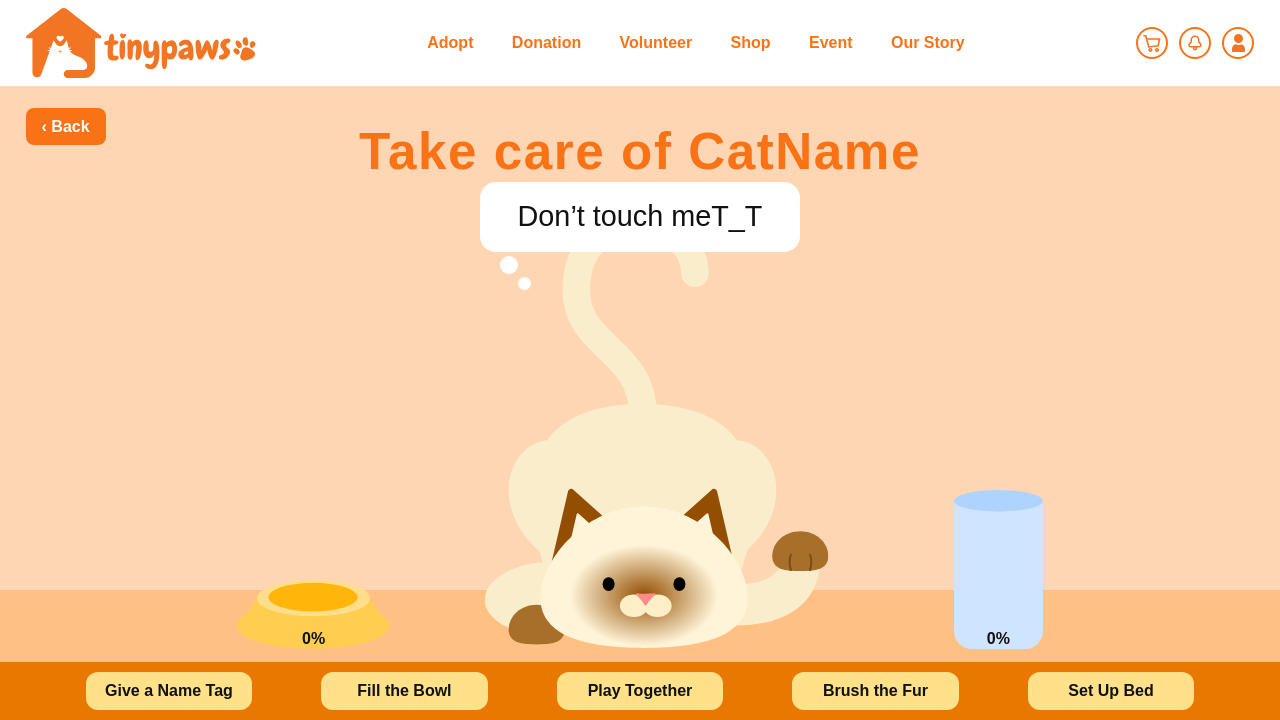
Repository: LShuyanLi/TinyPaws
Page: /, after clicking the first element matching `div > div`
These files come from the project's save history. The page is drawn as it stood at one moment and after the next save; the edit follows.
The browser window is 1280 px wide. The pictures show the whole page.
The project was rebuilt for these pictures with package versions that can differ from the ones it lists, and the page was loaded fresh each time. The framework's server and built-in components were replaced by stand-ins that run in the browser. Also part of the build but not shown: next.config.mjs.

Above is the page before, as saved 2026-05-09 23:49:28.

### app/layout.js
import { Geist, Geist_Mono } from "next/font/google";
import "./globals.css";

const geistSans = Geist({
  variable: "--font-geist-sans",
  subsets: ["latin"],
});

const geistMono = Geist_Mono({
  variable: "--font-geist-mono",
  subsets: ["latin"],
});

export const metadata = {
  title: "Create Next App",
  description: "Generated by create next app",
};

export default function RootLayout({ children }) {
  return (
    <html lang="en" className={`${geistSans.variable} ${geistMono.variable}`}>
      <body>{children}</body>
    </html>
  );
}

### app/page.js
"use client";

import { useState } from "react";

import Header from "@/components/shared/Header";
import ChooseScreen from "@/components/shuyan/ChooseScreen";
import PlayScreen from "@/components/shuyan/PlayScreen";



export default function Home() {
  const [screen, setScreen] = useState("choose");
  const [selectedCat, setSelectedCat] = useState(null);

  function goToChoose() {
    setScreen("choose");
  }

  function goToPlay(catImage) {
    setSelectedCat(catImage);
    setScreen("play");
  }

  return (
    <main
      style={{
        width: "100vw",
        height: "100vh",
        margin: 0,
        overflow: "hidden",
        fontFamily: "Arial, Helvetica, sans-serif",
        backgroundColor: "#ffd6b3",
      }}
    >
      <Header />

      {screen === "choose" && (
        <ChooseScreen goToPlay={goToPlay} />
      )}

      {screen === "play" && (
        <PlayScreen
        goToChoose={goToChoose}
        selectedCat={selectedCat} />
      )}
    </main>
  );
}

### app/globals.css
:root {
  --background: #ffffff;
  --foreground: #171717;
}

@media (prefers-color-scheme: dark) {
  :root {
    --background: #0a0a0a;
    --foreground: #ededed;
  }
}

html {
  height: 100%;
}

html,
body {
  max-width: 100vw;
  overflow-x: hidden;
}

body {
  min-height: 100%;
  display: flex;
  flex-direction: column;
  color: var(--foreground);
  background: var(--background);
  font-family: Arial, Helvetica, sans-serif;
  -webkit-font-smoothing: antialiased;
  -moz-osx-font-smoothing: grayscale;
}

* {
  box-sizing: border-box;
  padding: 0;
  margin: 0;
}

a {
  color: inherit;
  text-decoration: none;
}

@media (prefers-color-scheme: dark) {
  html {
    color-scheme: dark;
  }
}

### components/shared/Header.jsx
// Displays the decorative top navigation area with the logo, nav menu, and icons.

export default function Header() {
  return (
    <header
      style={{
        width: "100%",
        height: "12vh",
        backgroundColor: "#ffffff",
        display: "flex",
        alignItems: "center",
        justifyContent: "space-between",
        padding: "0 2vw",
        boxSizing: "border-box",
      }}
    >
      <img
        src="/Logo.svg"
        alt="TinyPaws logo"
        style={{
          width: "18vw",
          minWidth: "150px",
          maxWidth: "270px",
          height: "auto",
        }}
      />

      <nav
        style={{
          display: "flex",
          gap: "3vw",
          color: "#f97316",
          fontWeight: "700",
          fontSize: "1rem",
        }}
      >
        <span>Adopt</span>
        <span>Donation</span>
        <span>Volunteer</span>
        <span>Shop</span>
        <span>Event</span>
        <span>Our Story</span>
      </nav>

      <div
        style={{
          display: "flex",
          gap: "0.7rem",
        }}
      >
        <button style={iconButtonStyle}>
         <img src="/chart.svg" style={iconImageStyle} />
        </button>

        <button style={iconButtonStyle}>
          <img src="/bell.svg" style={iconImageStyle} />
        </button>

        <button style={iconButtonStyle}>
         <img src="/user.svg" style={iconImageStyle} />
        </button>
      </div>
    </header>
  );
}

const iconButtonStyle = {
  width: "2rem",
  height: "2rem",
  border: "2px solid #f97316",
  borderRadius: "50%",
  backgroundColor: "#ffffff",
  color: "#f97316",
  cursor: "pointer",
  display: "flex",
  alignItems: "center",
  justifyContent: "center",
};

const iconImageStyle = {
  width: "1.1rem",
  height: "1.1rem",
  objectFit: "contain",
  display: "block",
};

### components/shuyan/ChooseScreen.jsx
import PokeCatBall from "@/components/shuyan/PokeCatBall";

export default function ChooseScreen({ goToPlay }) {

    return (
        <section
        style={{
            position: "relative",
            width: "100%",
            height: "88vh",
            backgroundColor: "#ffd6b3",
        }}
        >

        <h1
            style={{
            margin: 0,
            paddingTop: "5vh",
            textAlign: "center",
            color: "#f97316",
            fontSize: "clamp(2rem, 4vw, 3.3rem)",
            fontWeight: "700",
            letterSpacing: "0.03em",
            }}
        >
            Choose Your New Little Friend
        </h1>

        <div
            style={{
            position: "relative",
            zIndex: 5,
            width: "100%",
            display: "flex",
            justifyContent: "space-around",
            alignItems: "flex-start",
            marginTop: "8vh",
            padding: "0 4vw",
            boxSizing: "border-box",
            }}
        >
            <PokeCatBall
                closeBall="/CloseBall.svg"
                openBall="/OpenBall-1.svg"
                catImage="/cat-1.svg"
                goToPlay={goToPlay} />
            <PokeCatBall
                closeBall="/CloseBall.svg"
                openBall="/OpenBall-2.svg"
                catImage="/cat-2.svg"
                goToPlay={goToPlay} />
            <PokeCatBall
                closeBall="/CloseBall.svg"
                openBall="/OpenBall-3.svg"
                catImage="/cat-3.svg"
                goToPlay={goToPlay} />
        </div>

        <div
            style={{
            position: "absolute",
            left: 0,
            bottom: "7.5vh",
            width: "100%",
            height: "10vh",
            backgroundColor: "#ffc083",
            }}
        />

        <div
            style={{
            position: "absolute",
            left: 0,
            bottom: 0,
            width: "100%",
            height: "7.5vh",
            backgroundColor: "#e97800",
            }}
        />
        </section>
    );
}

### components/shuyan/PlayScreen.jsx
// PlayScreen.jsx: Builds the main cat play screen with the background, cat area, feeding area, tools, bed, and bottom buttons.

import BackButton from "@/components/shuyan/BackButton";
import BottomActionBar from "@/components/shuyan/BottomActionBar";
import CatDisplay from "@/components/shared/CatDisplay";
import FoodBowl from "@/components/Jinwon/FoodBowl";
import WaterBottle from "@/components/Jinwon/WaterBottle";
import CatEmotion from "@/components/Jessica/CatEmotion";

export default function PlayScreen({ goToChoose, selectedCat }) {
  return (
    <section
      style={{
        position: "relative",
        width: "100%",
        height: "88vh",
        backgroundColor: "#ffd6b3",
        overflow: "hidden",
      }}
    >
      <BackButton goToChoose={goToChoose}/>

      <h1
        style={{
          margin: 0,
          paddingTop: "5vh",
          textAlign: "center",
          color: "#f97316",
          fontSize: "clamp(2rem, 4vw, 3.3rem)",
          fontWeight: "700",
          letterSpacing: "0.03em",
          position: "relative",
          zIndex: 5,
        }}
      >
        Take care of CatName
      </h1>

      {/* Light orange ground */}
      <div
        style={{
          position: "absolute",
          left: 0,
          bottom: "8vh",
          width: "100%",
          height: "10vh",
          backgroundColor: "#ffc083",
          zIndex: 1,
        }}
      />

      {/* Main play area */}
      <div
        style={{
          position: "absolute",
          left: "50%",
          bottom: "10vh",
          transform: "translateX(-50%)",
          width: "75vw",
          height: "50vh",
          zIndex: 5,
        }}
      >
        <CatEmotion />
        <FoodBowl />
        <CatDisplay selectedCat={selectedCat}/>
        <WaterBottle />
      </div>

      <BottomActionBar />
    </section>
  );
}

### components/shuyan/PokeCatBall.jsx
"use client";
// Displays one selectable pokeCAT ball and shows its cat preview on hover.

import { useState } from "react";

export default function PokeCatBall({ closeBall, openBall, goToPlay, catImage }) {

    const [isHover, setIsHover] = useState(false);

    function pokecatBall() {
        if (!isHover) {
            return closeBall;
        } else {
            return openBall;
        }
    }

    return (
        <div
            onClick={() => goToPlay(catImage)}
            onMouseEnter={() => setIsHover(true)}
            onMouseLeave={() => setIsHover(false)}
            style={{
                width: "24vw",
                maxWidth: "380px",
                minWidth: "230px",
                height: "50vh",
                display: "flex",
                alignItems: "flex-start",
                justifyContent: "center",
                cursor: "pointer"
            }}
        >
        <img
            src={pokecatBall()}
            style={{
            width: "90%",
            objectFit: "contain",
            display: "block",
            }}
        />
        </div>
    );
}

### components/shuyan/BackButton.jsx
// Displays the back button and returns the user to the cat selection screen.


export default function BackButton({ goToChoose }) {
  return (
    <button
        onClick={goToChoose}
        style={{
            position: "absolute",
            top: "3vh",
            left: "2vw",
            backgroundColor: "#f97316",
            color: "#ffffff",
            border: "none",
            borderRadius: "8px",
            padding: "0.6rem 1rem",
            fontSize: "1rem",
            fontWeight: "600",
            cursor: "pointer",
            zIndex: 10,
      }}
    >
      ‹ Back
    </button>
  );
}

### components/shuyan/BottomActionBar.jsx
"use client";

// BottomActionBar.jsx: Displays the bottom interaction buttons and shows each hover bubble.

import { useState } from "react";

export default function BottomActionBar( {
  activeButton,
  setActiveButton,
  setSelectedBed, //these three are for the bed feature
  ballSpeed,
  setBallSpeed, //these two are for the play ball feature
  featherActive,
  setFeatherActive,
}) {
  return (
    <div
      style={{
        position: "absolute",
        left: 0,
        bottom: 0,
        width: "100%",
        height: "8vh",
        backgroundColor: "#e97800",
        display: "flex",
        alignItems: "center",
        justifyContent: "space-around",
        padding: "0 4vw",
        boxSizing: "border-box",
        zIndex: 20,
      }}
    >
      {/* Name button - Elina can connect this to NameTag modal later */}
      <div style={{ position: "relative" }}>
        <button style={buttonStyle}>Give a Name Tag</button>
      </div>

      {/* Feed button - Jinwon */}
      <div
        onMouseEnter={() => setActiveButton("feed")}
        onMouseLeave={() => setActiveButton(null)}
        style={{ position: "relative" }}
      >
        {activeButton === "feed" && (
          <div style={bubbleStyle}>
            <img src="/bubble-3.svg" style={bubbleBackgroundStyle} />

            {/* dry food option - Jinwon can add onClick here */}
            <img
              src="/dryfood.svg"
              style={{
                position: "absolute",
                top: "8%",
                left: "50%",
                transform: "translateX(-50%)",
                width: "45%",
                height: "auto",
                cursor: "pointer",
              }}
            />

            {/* wet food option - Jinwon can add onClick here */}
            <img
              src="/wetfood.svg"
              style={{
                position: "absolute",
                top: "34%",
                left: "50%",
                transform: "translateX(-50%)",
                width: "45%",
                height: "auto",
                cursor: "pointer",
              }}
            />

            {/* water option - Jinwon can add onClick here */}
            <img
              src="/water.svg"
              style={{
                position: "absolute",
                top: "60%",
                left: "50%",
                transform: "translateX(-50%)",
                width: "38%",
                height: "auto",
                cursor: "pointer",
              }}
            />
          </div>
        )}

        <button style={buttonStyle}>Fill the Bowl</button>
      </div>

      {/* Play button - Jonah handles ball/feather, Elina handles hand */}
      <div
        style={{ position: "relative" }}
      >
        {activeButton === "play" && (
          <div style={bubbleStyle}>
            <img src="/bubble-3.svg" style={bubbleBackgroundStyle} />

            {/* ball option - Jonah can add onClick here */}
            <img
              src="/ball.svg"
                onClick={() => {
                setFeatherActive(false);

                setBallSpeed(prev =>
                  prev === "stop"
                    ? "slow"
                    : prev === "slow"
                    ? "fast"
                    : "stop"
                );
              }}
              style={{
                position: "absolute",
                top: "8%",
                left: "50%",
                transform: "translateX(-50%)",
                width: "42%",
                height: "auto",
                cursor: "pointer",
                opacity: ballSpeed === "stop" ? 0.5 : 1
              }}
            />

            {/* feather option - Jonah can add onClick here */}
            <img
              src="/feather.svg"
              onClick={() => {
                setBallSpeed("stop");
                setFeatherActive(prev => !prev);
              }}
              style={{
                position: "absolute",
                top: "30%",
                left: "50%",
                transform: "translateX(-50%)",
                width: "55%",
                height: "auto",
                cursor: "pointer",
              }}
            />

            {/* hand option - Elina can add onClick here */}
            <img
              src="/hand.svg"
              style={{
                position: "absolute",
                top: "55%",
                left: "50%",
                transform: "translateX(-50%)",
                width: "42%",
                height: "auto",
                cursor: "pointer",
              }}
            />
          </div>
        )}

        <button
          style={buttonStyle}
          onClick={() =>
            setActiveButton(activeButton === "play" ? null : "play")
          }
        >Play Together</button>
      </div>

      {/* Brush button - Elina */}
      <div
        onMouseEnter={() => setActiveButton("brush")}
        onMouseLeave={() => setActiveButton(null)}
        style={{ position: "relative" }}
      >
        {activeButton === "brush" && (
          <div style={bubbleStyle}>
            <img src="/bubble-1.svg" style={bubbleBackgroundStyle} />

            {/* brush option - Elina can add onClick here */}
            <img
              src="/brush.svg"
              style={{
                position: "absolute",
                top: "22%",
                left: "50%",
                transform: "translateX(-50%)",
                width: "55%",
                height: "auto",
                cursor: "pointer",
              }}
            />
          </div>
        )}

        <button style={buttonStyle}>Brush the Fur</button>
      </div>

      {/* Bed button - Jonah */}
      <div
        style={{ position: "relative" }}
      >
        {activeButton === "bed" && (
          <div style={bubbleStyle}>
            <img src="/bubble-2.svg" style={bubbleBackgroundStyle} />

            {/* yellow bed option - Jonah can add onClick here */}
            <img
              src="/bed-1.svg"
              onClick={() => {
                setSelectedBed(prev =>
                  prev === "yellow" ? null : "yellow"
                );
              }}
              style={{
                position: "absolute",
                top: "12%",
                left: "50%",
                transform: "translateX(-50%)",
                width: "55%",
                height: "auto",
                cursor: "pointer",
              }}
            />

            {/* green bed option - Jonah can add onClick here */}
            <img
              src="/bed-2.png"
              onClick={() => {
                setSelectedBed(prev =>
                  prev === "green" ? null : "green"
                );
              }}
              style={{
                position: "absolute",
                top: "48%",
                left: "50%",
                transform: "translateX(-50%)",
                width: "55%",
                height: "auto",
                cursor: "pointer",
              }}
            />
          </div>
        )}

        <button
          style={buttonStyle}
          onClick={() =>
            setActiveButton(activeButton === "bed" ? null : "bed")
          }
        >Set Up Bed</button>
      </div>
    </div>
  );
}

const buttonStyle = {
  width: "13vw",
  minWidth: "150px",
  maxWidth: "200px",
  height: "2.4rem",
  border: "none",
  borderRadius: "12px",
  backgroundColor: "#ffe18a",
  color: "#111111",
  fontSize: "1rem",
  fontWeight: "600",
  cursor: "pointer",
};

const bubbleStyle = {
  position: "absolute",
  left: "50%",
  bottom: "3.4rem",
  transform: "translateX(-50%)",
  width: "7vw",
  minWidth: "95px",
  maxWidth: "140px",
  zIndex: 40,
};

const bubbleBackgroundStyle = {
  width: "100%",
  height: "auto",
  display: "block",
};

### components/shared/CatDisplay.jsx
// CatDisplay.jsx: Displays the selected cat image on the play screen.

export default function CatDisplay({
  selectedBed,
  ballSpeed,
  featherActive,
}) {
  let catImage = "/cat-1.svg";

  let catStyle = {
    width: "100%",
    height: "100%",
    objectFit: "contain",
    position: "absolute",
    bottom: "0px",
    left: "0px",
  };

  if (featherActive) {
    catImage = "/catreach-1.svg";

    catStyle = {
      ...catStyle,
      width: "103%",
      height: "103%",
      left: "15px",
    }

  } else if (ballSpeed !== "stop") {
    catImage = "/catcrouch-1.svg";

    catStyle = {
      ...catStyle,
      width: "103%",
      height: "103%",
      left: "10px",
    }

  }

  return (
    <div
      style={{
        position: "absolute",
        left: "50%",
        bottom: "0",
        transform: "translateX(-50%)",
        zIndex: 1,
      }}
    >
      {selectedBed === "yellow" && (
        <img
          src="/yellow-bed.svg"
          style={{
            position: "absolute",
            bottom: "-130px",
            left: "50%",
            transform: "translateX(-50%)",
            width: "30vw",
            minWidth: "200px",
            zIndex: 0,
          }}
        />
      )}

      {selectedBed === "green" && (
        <img
          src="/green-bed.svg"
          style={{
            position: "absolute",
            bottom: "-130px",
            left: "50%",
            transform: "translateX(-50%)",
            width: "30vw",
            minWidth: "200px",
            zIndex: 0,
          }}
        />
      )}
      <div
        style={{
          width: "425px",
          height: "425px",
          position: "relative",
        }}
      >
        <img
          src={catImage}
          style={catStyle}
        />
      </div>
    </div>
  );
}

### components/Jinwon/FoodBowl.jsx
// FoodBowl.jsx: Displays the bowl and shows dry or wet food when the bowl is clicked.

export default function FoodBowl({ bowlType }) {
  const isBowlFilled = bowlType === "dry" || bowlType === "wet";
  const fillImage = bowlType === "wet" ? "/wetfood.svg" : "/dryfood.svg";

  return (
    <div
      style={{
        position: "absolute",
        left: "8%",
        bottom: "0",
        zIndex: 10,
        textAlign: "center",
      }}
    >
      <img
        src="/bowl.svg"
        style={{
          width: "12vw",
          minWidth: "120px",
          maxWidth: "190px",
          height: "auto",
          display: "block",
        }}
      />

      {isBowlFilled && (
        <img
          src={fillImage}
          style={{
            position: "absolute",
            left: "50%",
            bottom: "22px",
            transform: "translateX(-50%)",
            width: "50%",
            height: "auto",
          }}
        />
      )}

      <p
        style={{
          margin: "-1.2rem 0 0",
          color: "#111111",
          fontSize: "1rem",
          fontWeight: "700",
        }}
      >
        {isBowlFilled ? "100%" : "0%"}
      </p>
    </div>
  );
}

### components/Jinwon/WaterBottle.jsx
// WaterBottle.jsx: Displays the water bottle and shows water level when the bottle is clicked.

export default function WaterBottle({ hasWater }) {
  const isBottleFilled = hasWater;

  return (
    <div
      style={{
        position: "absolute",
        right: "8%",
        bottom: "0",
        zIndex: 10,
        textAlign: "center",
      }}
    >
      <img
        src="/water-bottle.svg"
        style={{
          width: "7vw",
          minWidth: "80px",
          maxWidth: "130px",
          height: "auto",
          display: "block",
        }}
      />

      {isBottleFilled && (
        <img
          src="/water.svg"
          style={{
            position: "absolute",
            left: "50%",
            bottom: "22px",
            transform: "translateX(-50%)",
            width: "44%",
            height: "auto",
          }}
        />
      )}

      <p
        style={{
          margin: "-1.2rem 0 0",
          color: "#111111",
          fontSize: "1rem",
          fontWeight: "700",
        }}
      >
        {isBottleFilled ? "100%" : "0%"}
      </p>
    </div>
  );
}

### components/Jessica/CatEmotion.jsx
// CatEmotion.jsx: Displays the cat’s emotion emoji and thought bubble based on interaction results.

export default function CatEmotion() {
  return (
    <div
      style={{
        position: "absolute",
        left: "50%",
        bottom: "55vh",
        transform: "translateX(-50%)",
        zIndex: 30,
      }}
    >
      {/* Thought bubble box */}
      <div
        style={{
          position: "relative",
          width: "320px",
          minHeight: "70px",
          backgroundColor: "#ffffff",
          borderRadius: "16px",
          display: "flex",
          alignItems: "center",
          justifyContent: "center",
          padding: "0 1.5rem",
          boxSizing: "border-box",
          color: "#111111",
          fontSize: "1.8rem",
          fontWeight: "400",
        }}
      >
        Don’t touch meT_T
      </div>

      {/* Small bubble dots */}
      <div
        style={{
          position: "absolute",
          left: "20px",
          bottom: "-22px",
          width: "18px",
          height: "18px",
          backgroundColor: "#ffffff",
          borderRadius: "50%",
        }}
      />

      <div
        style={{
          position: "absolute",
          left: "38px",
          bottom: "-38px",
          width: "13px",
          height: "13px",
          backgroundColor: "#ffffff",
          borderRadius: "50%",
        }}
      />
    </div>
  );
}

After the next save:
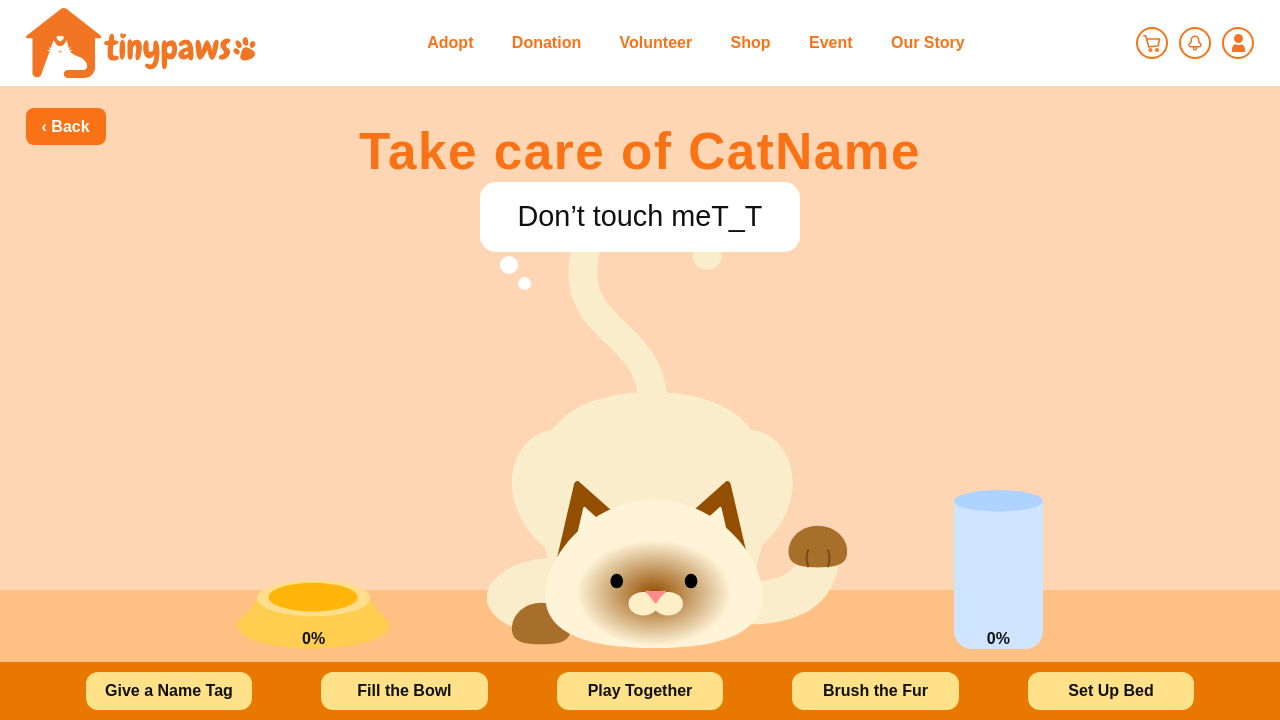
Saved 9 s later.
--- a/components/shared/CatDisplay.jsx
+++ b/components/shared/CatDisplay.jsx
@@ -31,8 +31,8 @@ export default function CatDisplay({
 
     catStyle = {
       ...catStyle,
-      width: "103%",
-      height: "103%",
+      width: "108%",
+      height: "108%",
       left: "10px",
     }
 
